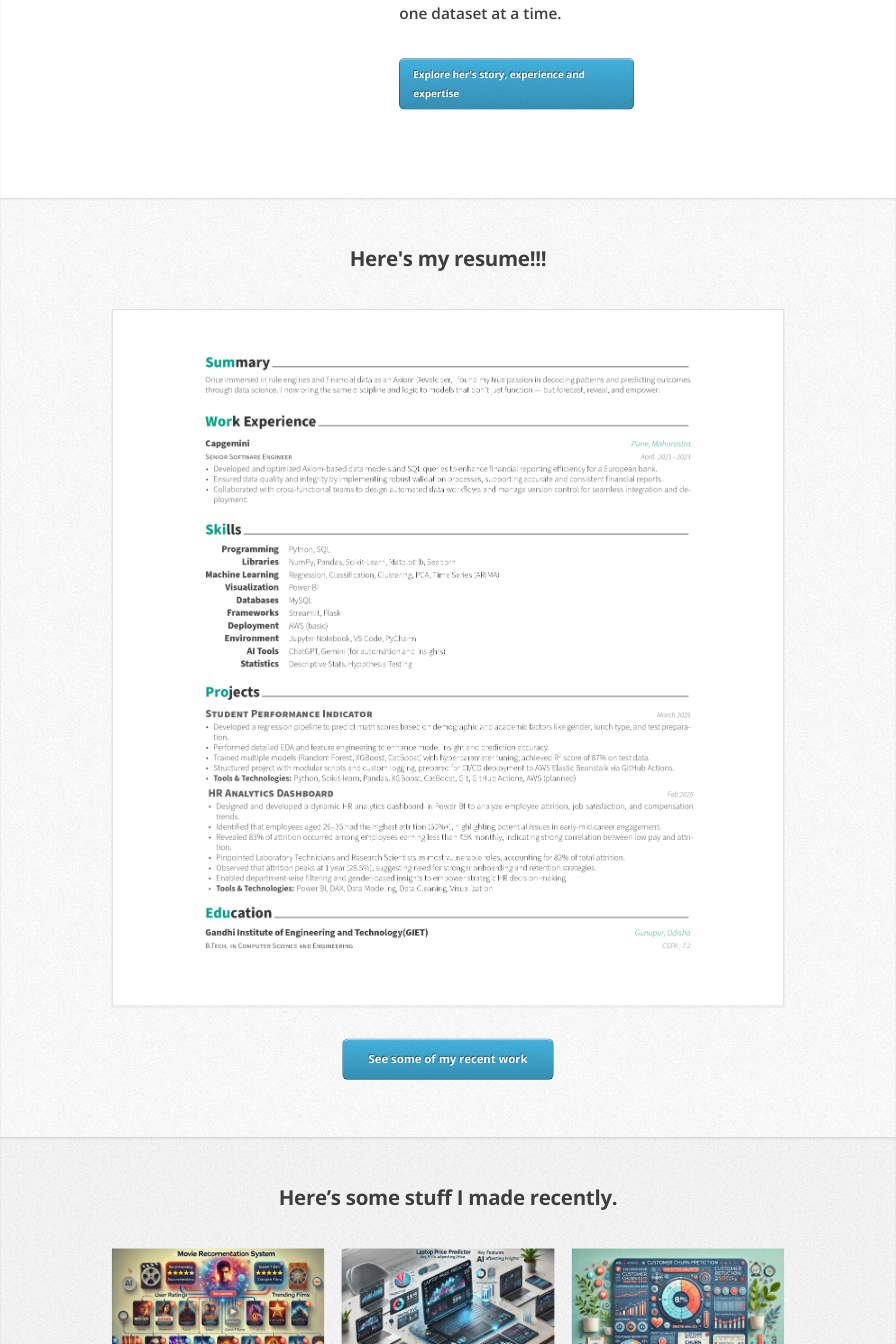
Repository: Shalini-Nanda-ds/Shalini-s-portfolio
Page: index.html
An editor plug-in stored every save of this project. The page is shown before and after the next save, followed by the edit.
The browser window is 1280 px wide. The pictures show the part of the page from y = 1471 to 3391 px (the page is 4839 px tall), at 70% of full size.

Above is the page before, as saved 2025-05-09 12:52:29.

After the next save:
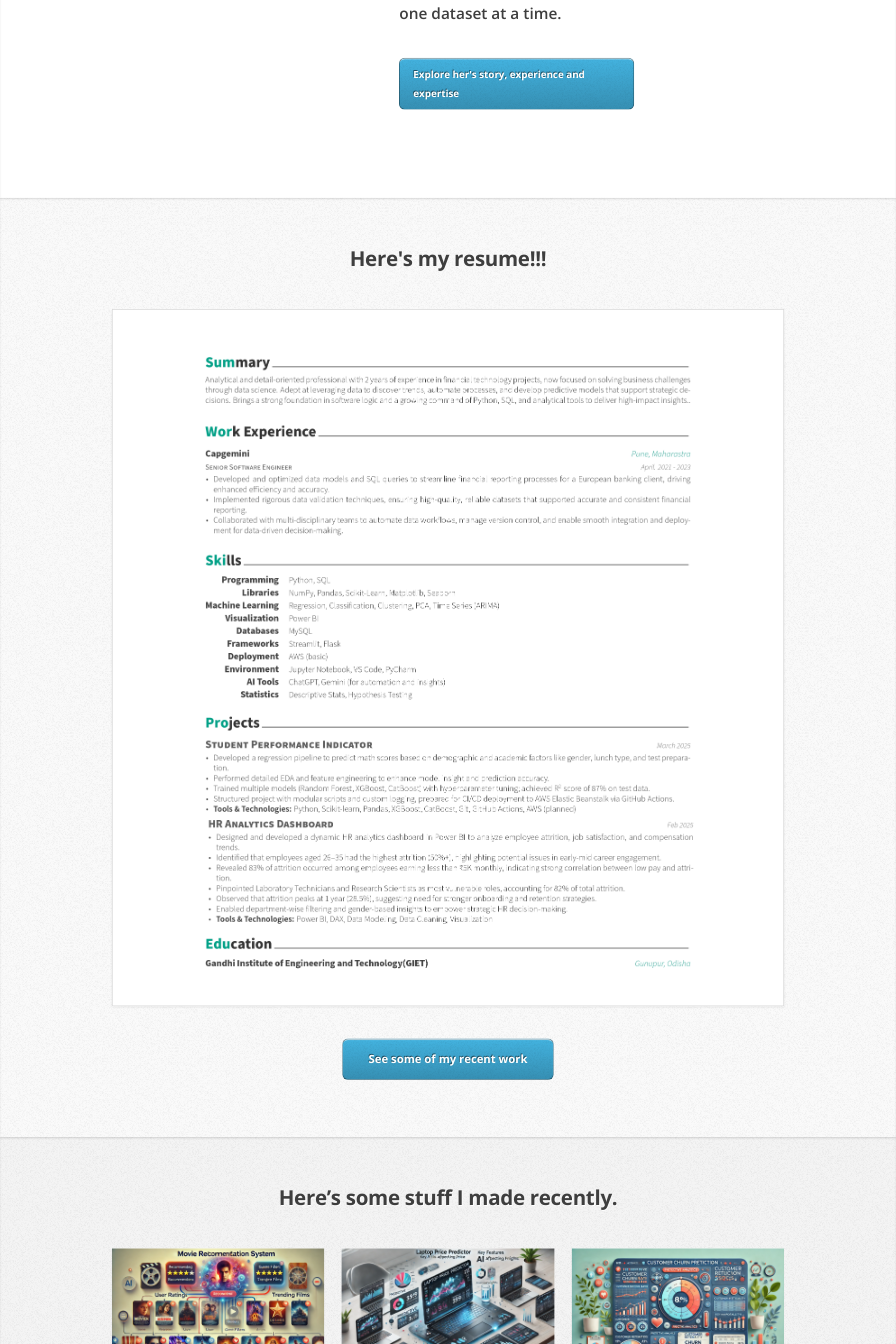
Saved 4 min 53 s later.
--- a/index.html
+++ b/index.html
@@ -109,7 +109,7 @@
 			  <section class="box style1">
 				<div class="resume-wrapper">
 				  <a href="images\Shalini_Nanda.pdf" download>
-					<img src="images/Shalini_Nanda_preview.jpg" alt="Resume Preview" class="resume-image">
+					<img src="images\Shalini_Nanda_page-0001.jpg" alt="Resume Preview" class="resume-image">
 				  </a>
 				</div>
 			  </section>
